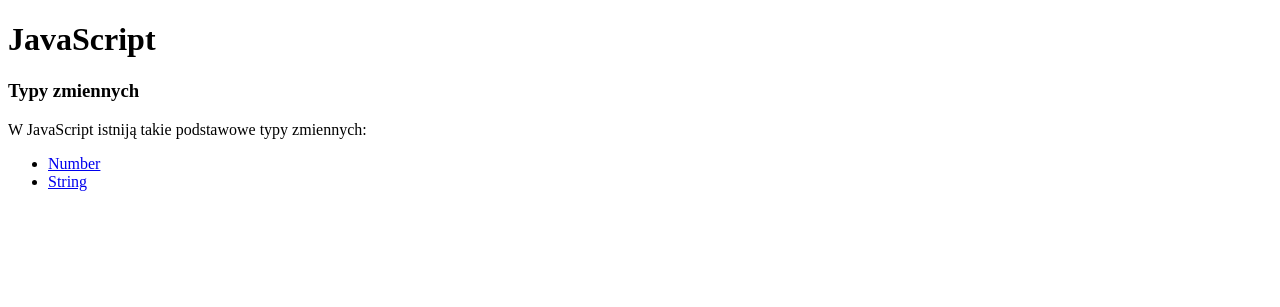
Repository: romanstetsiuk1/JS_learn
Page: noteJavaScript.html
The author's editor kept a copy of each file at every save. The page is drawn from the files as they stood at one save, then again after the next save.
The browser window is 1280 px wide. The pictures show the whole page.

Above is the page before, as saved 2020-08-17 13:52:23.

### noteJavaScript.html
<!DOCTYPE html>
<html lang="en, pl">
<head>
  <meta charset="UTF-8">
  <title>Java Script</title>
</head>
<body>

  <main>
    <h1>JavaScript</h1>

    <article>
      <h3>Typy zmiennych</h3>
      <p>W JavaScript istniją takie podstawowe typy zmiennych:</p>
      <ul>
        <li><a href="number.html">Number</a></li>
        <li><a href="stringType.html">String</a></li>
      </ul>
    </article>

  </main>


</body>
</html>

Loaded but not shown: functionExample.js (no stored copy; drawn as an empty file)

After the next save:
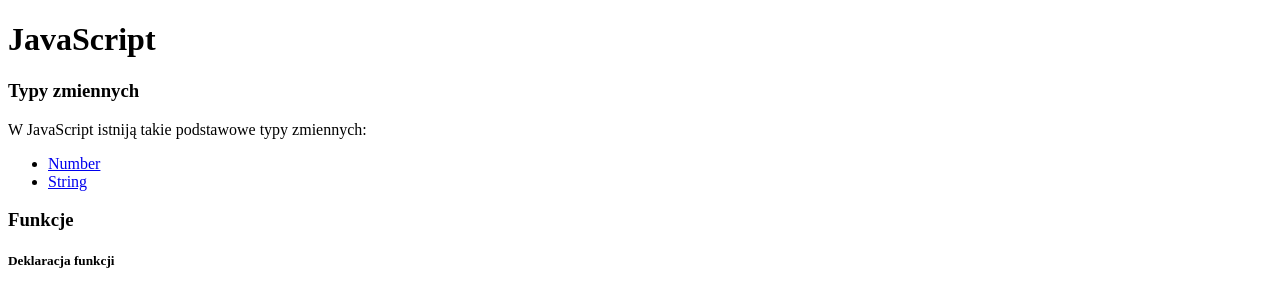
Saved 22 s later.
--- a/noteJavaScript.html
+++ b/noteJavaScript.html
@@ -18,8 +18,16 @@
       </ul>
     </article>
 
+    <article>
+      <h3>Funkcje</h3>
+      <h5>Deklaracja funkcji</h5>
+
+
+    </article>
+
   </main>
 
 
+  <script src="functionExample.js"></script>
 </body>
 </html>
